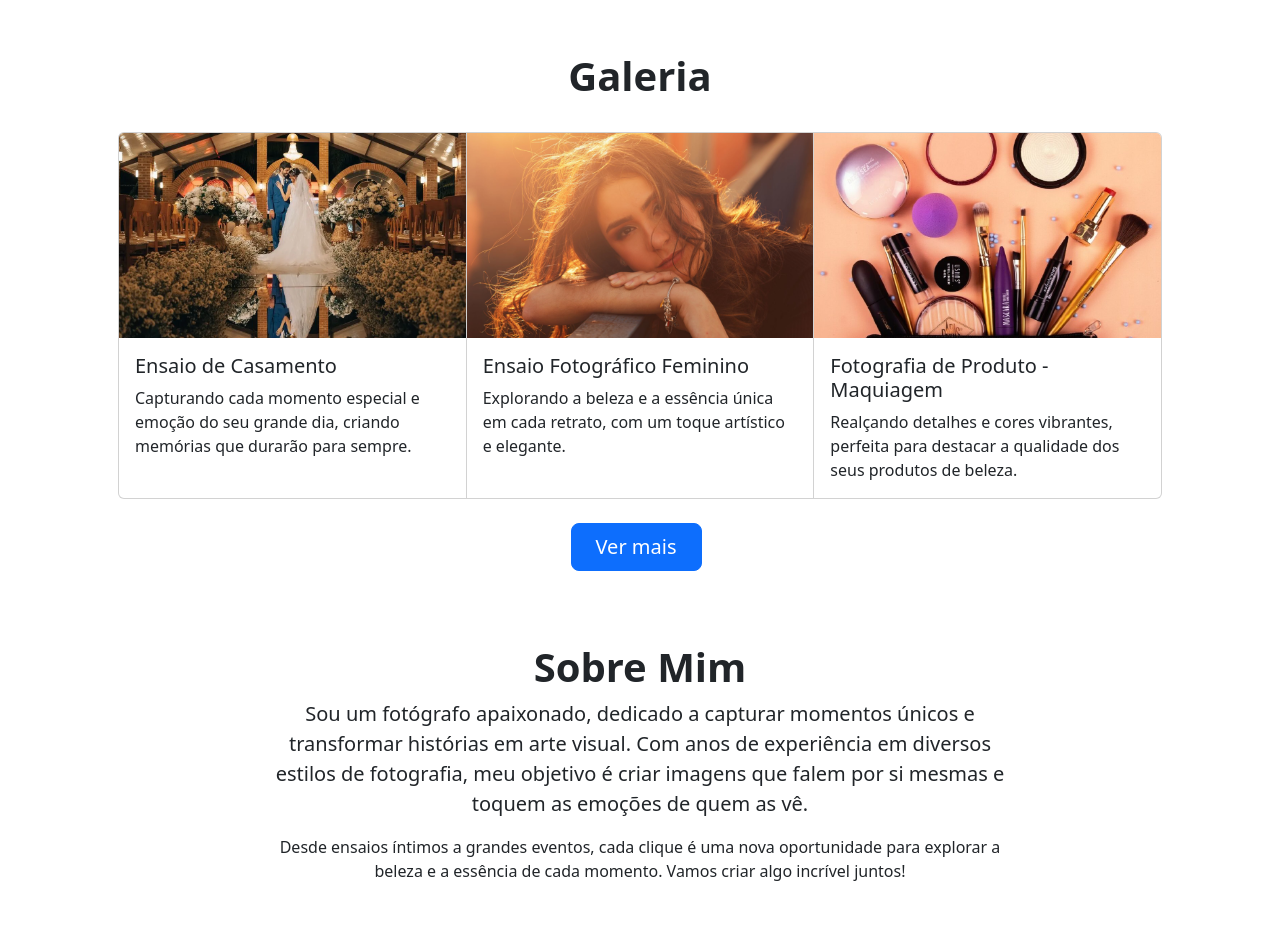
Repository: Marinalr-25/portifolio-fotografia
Page: index.html
An editor plug-in stored every save of this project. The page is shown before and after the next save, followed by the edit.
The browser window is 1280 px wide. The pictures show the part of the page from y = 556 to 1503 px (the page is 1503 px tall).
A picture or video elsewhere on the page could not be fetched, so the positions and the page height are approximate.

Above is the page before, as saved 2025-01-19 17:35:38.

After the next save:
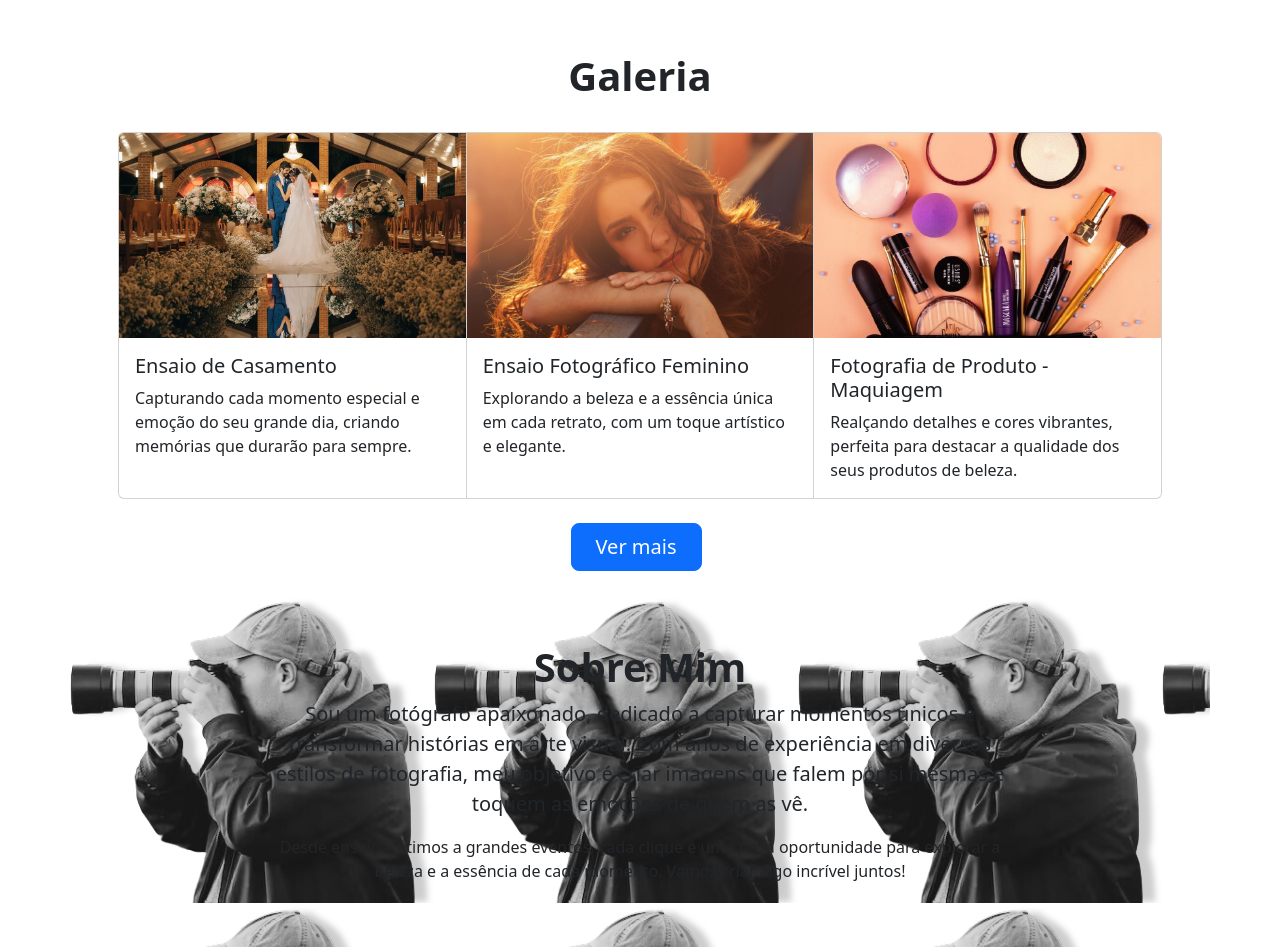
Saved 24 s later.
--- a/css/style.css
+++ b/css/style.css
@@ -102,3 +102,8 @@
   height: 205px;
   object-fit: cover;
 }
+
+/* sobre mim */
+.fotografo {
+  background-image: url(/src/fotografosombracortada.png);
+}
